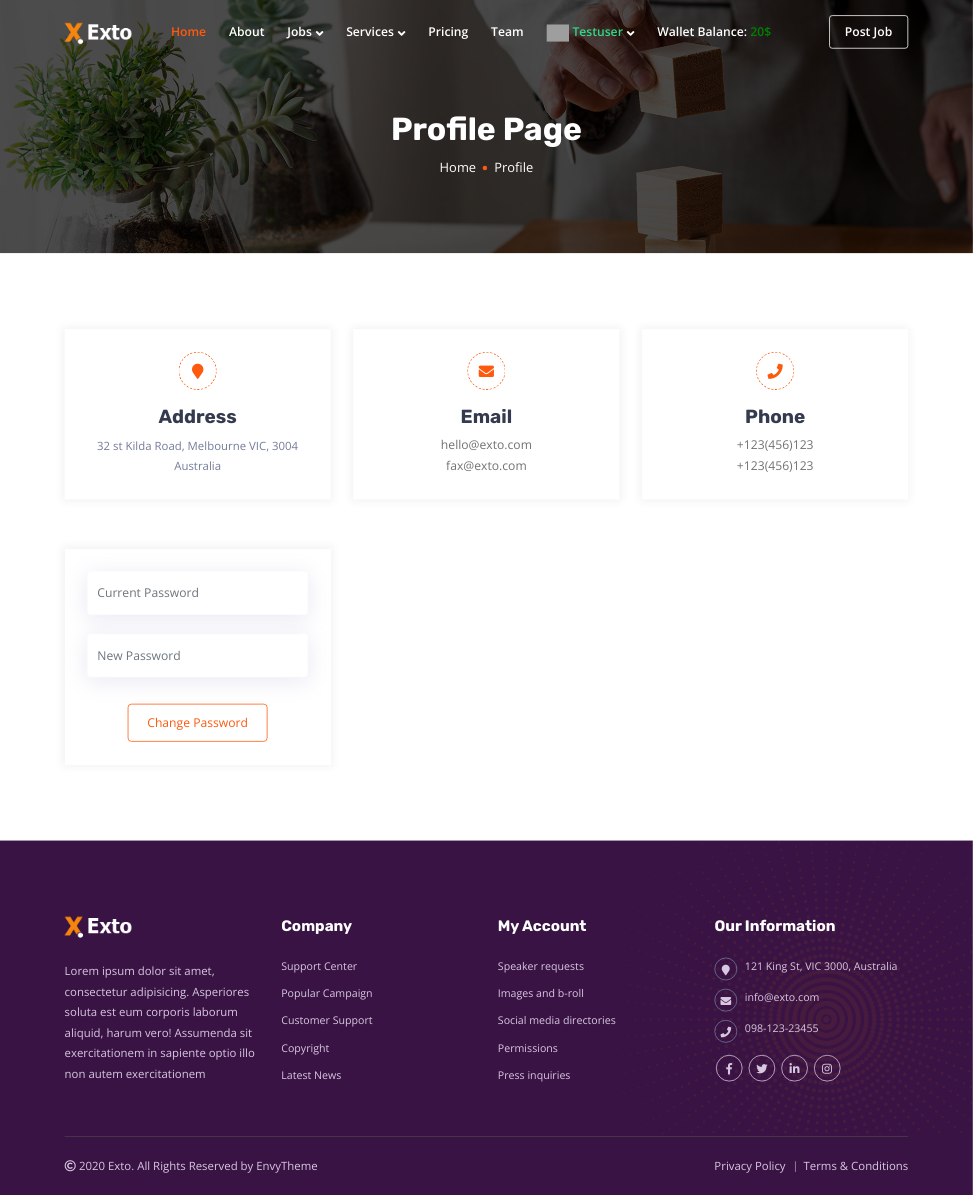
Repository: aakashrajput/XtremeWorks
Page: http://localhost/user/profile
These files come from the project's save history. The page is drawn as it stood at one moment and after the next save; the edit follows.
The browser window is 1280 px wide. The pictures show the whole page, at 76% of full size.
Pictures or frames that could not be fetched are drawn as grey boxes. The page is served by the project's Laravel application, run on PHP 8.4 with Laravel 8. A made-up administrator, Test User (test@example.com), is signed in.

Above is the page before, as saved 2020-03-26 14:38:20.

After the next save:
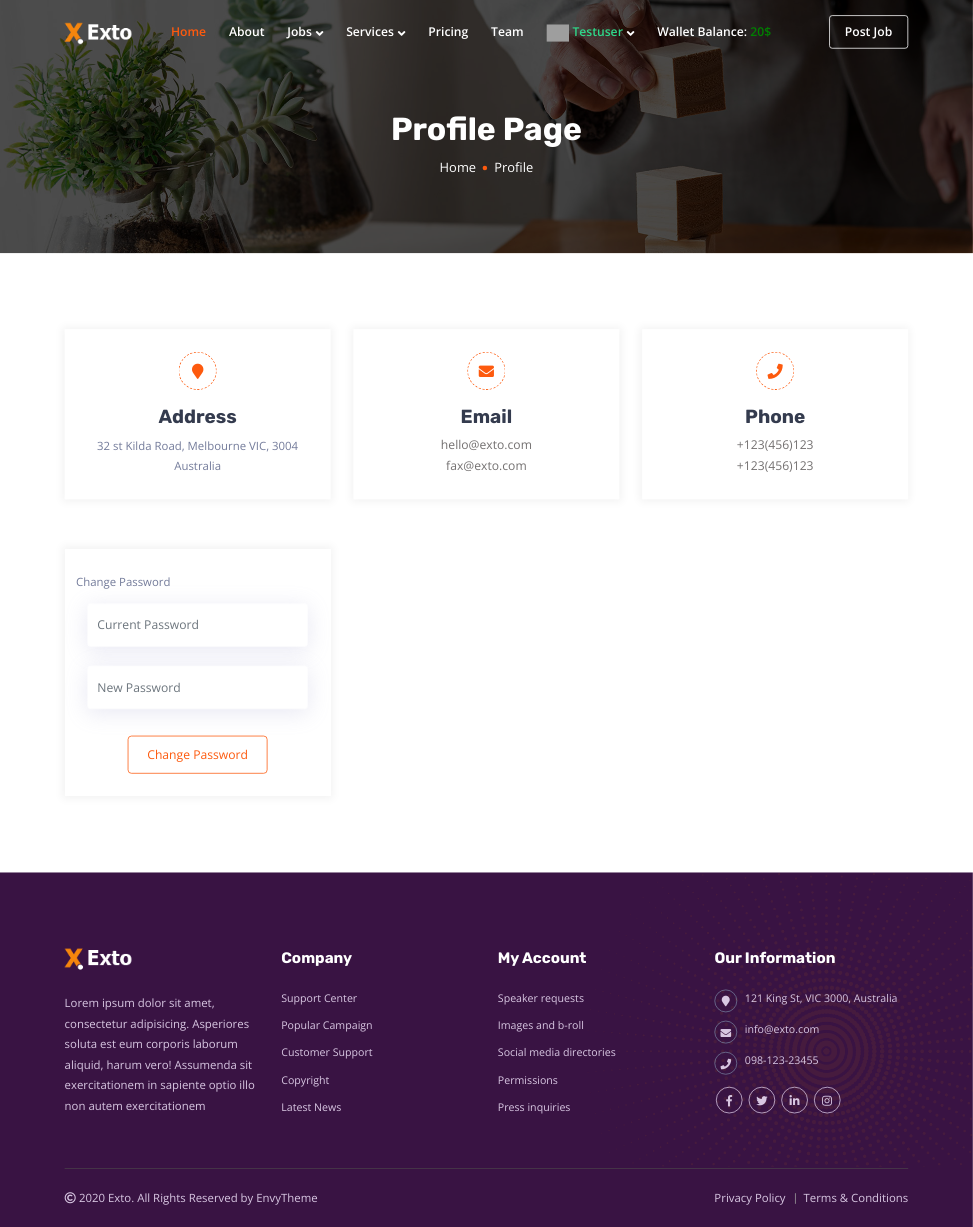
Saved 22 s later.
--- a/resources/views/user/profile.blade.php
+++ b/resources/views/user/profile.blade.php
@@ -66,6 +66,7 @@
                 <div class="contact-form">
                     <form id="contactForm">
                         <div class="row">
+                            <p>Change Password</p>
                             <div class="col-lg-12">
                                 <div class="form-group">
                                     <input type="text" name="name" class="form-control" placeholder="Current Password">
